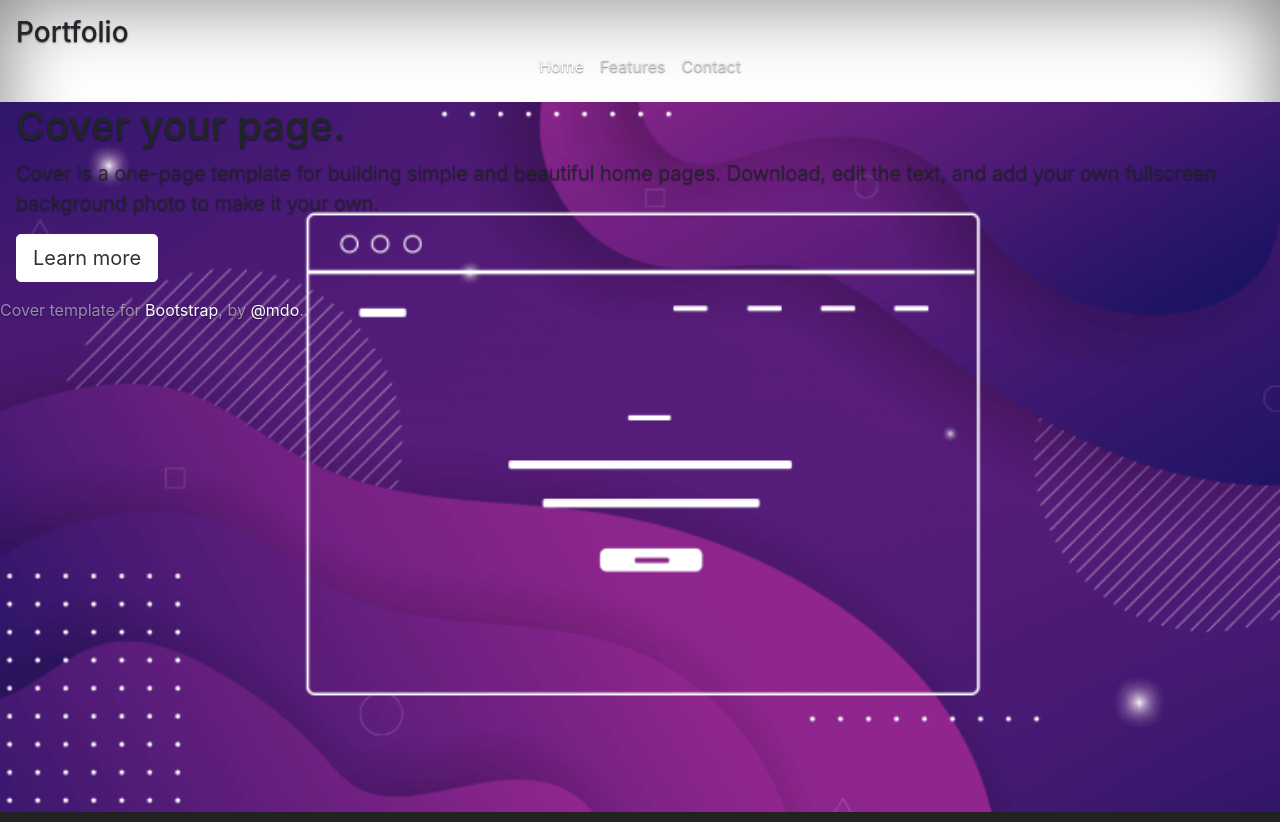
Repository: Shlahla48/zaio-bootstrap-portfolio
Page: index.html
An editor plug-in stored every save of this project. The page is shown before and after the next save, followed by the edit.
The browser window is 1280 px wide. The pictures show the whole page.

Above is the page before, as saved 2022-10-10 14:25:38.

### index.html
<!doctype html>
<html lang="en" class="h-100">
  <head>
    <meta charset="utf-8">
    <meta name="viewport" content="width=device-width, initial-scale=1">
    <meta name="description" content="">
    <meta name="author" content="Mark Otto, Jacob Thornton, and Bootstrap contributors">
    <meta name="generator" content="Hugo 0.104.2">
    <title>Portfolio | Kenalemang Solomon Hlahla</title>

    <link rel="canonical" href="https://getbootstrap.com/docs/5.2/examples/cover/">





    <link rel="stylesheet" href="https://cdn.jsdelivr.net/npm/bootstrap@4.6.2/dist/css/bootstrap.min.css" integrity="sha384-xOolHFLEh07PJGoPkLv1IbcEPTNtaed2xpHsD9ESMhqIYd0nLMwNLD69Npy4HI+N" crossorigin="anonymous">
    <style>
      .bd-placeholder-img {
        font-size: 1.125rem;
        text-anchor: middle;
        -webkit-user-select: none;
        -moz-user-select: none;
        user-select: none;
      }

      @media (min-width: 768px) {
        .bd-placeholder-img-lg {
          font-size: 3.5rem;
        }
      }

      .b-example-divider {
        height: 3rem;
        background-color: rgba(0, 0, 0, .1);
        border: solid rgba(0, 0, 0, .15);
        border-width: 1px 0;
        box-shadow: inset 0 .5em 1.5em rgba(0, 0, 0, .1), inset 0 .125em .5em rgba(0, 0, 0, .15);
      }

      .b-example-vr {
        flex-shrink: 0;
        width: 1.5rem;
        height: 100vh;
      }

      .bi {
        vertical-align: -.125em;
        fill: currentColor;
      }

      .nav-scroller {
        position: relative;
        z-index: 2;
        height: 2.75rem;
        overflow-y: hidden;
      }

      .nav-scroller .nav {
        display: flex;
        flex-wrap: nowrap;
        padding-bottom: 1rem;
        margin-top: -1px;
        overflow-x: auto;
        text-align: center;
        white-space: nowrap;
        -webkit-overflow-scrolling: touch;
      }
    </style>


    <!-- Custom styles for this template -->
    <link href="cover.css" rel="stylesheet">
  </head>
  <body class="">


  <header class="p-3">
    <div>
      <h3 class="float-md-start mb-0">Portfolio</h3>
      <nav class="nav nav-masthead justify-content-center float-md-end">
        <a class="nav-link fw-bold py-1 px-0 active" aria-current="page" href="#">Home</a>
        <a class="nav-link fw-bold py-1 px-0" href="#">Features</a>
        <a class="nav-link fw-bold py-1 px-0" href="#">Contact</a>
      </nav>
    </div>
  </header>
  <div class="banner-wrap vh-100">
  <main class="px-3">
    <h1>Cover your page.</h1>
    <p class="lead">Cover is a one-page template for building simple and beautiful home pages. Download, edit the text, and add your own fullscreen background photo to make it your own.</p>
    <p class="lead">
      <a href="#" class="btn btn-lg btn-secondary fw-bold border-white bg-white">Learn more</a>
    </p>
  </main>

  <footer class="mt-auto text-white-50">
    <p>Cover template for <a href="https://getbootstrap.com/" class="text-white">Bootstrap</a>, by <a href="https://twitter.com/mdo" class="text-white">@mdo</a>.</p>
  </footer>
</div>



  </body>
</html>

### cover.css
/*
 * Globals
 */


/* Custom default button */
.btn-secondary,
.btn-secondary:hover,
.btn-secondary:focus {
  color: #333;
  text-shadow: none; /* Prevent inheritance from `body` */
}


/*
 * Base structure
 */

body {
  text-shadow: 0 .05rem .1rem rgba(0, 0, 0, .5);
  box-shadow: inset 0 0 5rem rgba(0, 0, 0, .5);
}



.cover-container {
  max-width: 42em;
}


/*
 * Header
 */

 .banner-wrap {
  background-image: url(./assets/BG-png.png);
  background-size: cover;
  background-repeat: no-repeat;
  background-position: center;

  border-bottom: 10px solid #222222;
  position: relative;
z-index: 1;
}
.overlay {
 z-index: -1;
  height: 100%;
  width: 100%;
  background: black;
  opacity: 60%;
  position: absolute;
  top: 0;
}

.nav-masthead .nav-link {
  color: rgba(255, 255, 255, .5);
  border-bottom: .25rem solid transparent;
}

.nav-masthead .nav-link:hover,
.nav-masthead .nav-link:focus {
  border-bottom-color: rgba(255, 255, 255, .25);
}

.nav-masthead .nav-link + .nav-link {
  margin-left: 1rem;
}

.nav-masthead .active {
  color: #fff;
  border-bottom-color: #fff;
}

After the next save:
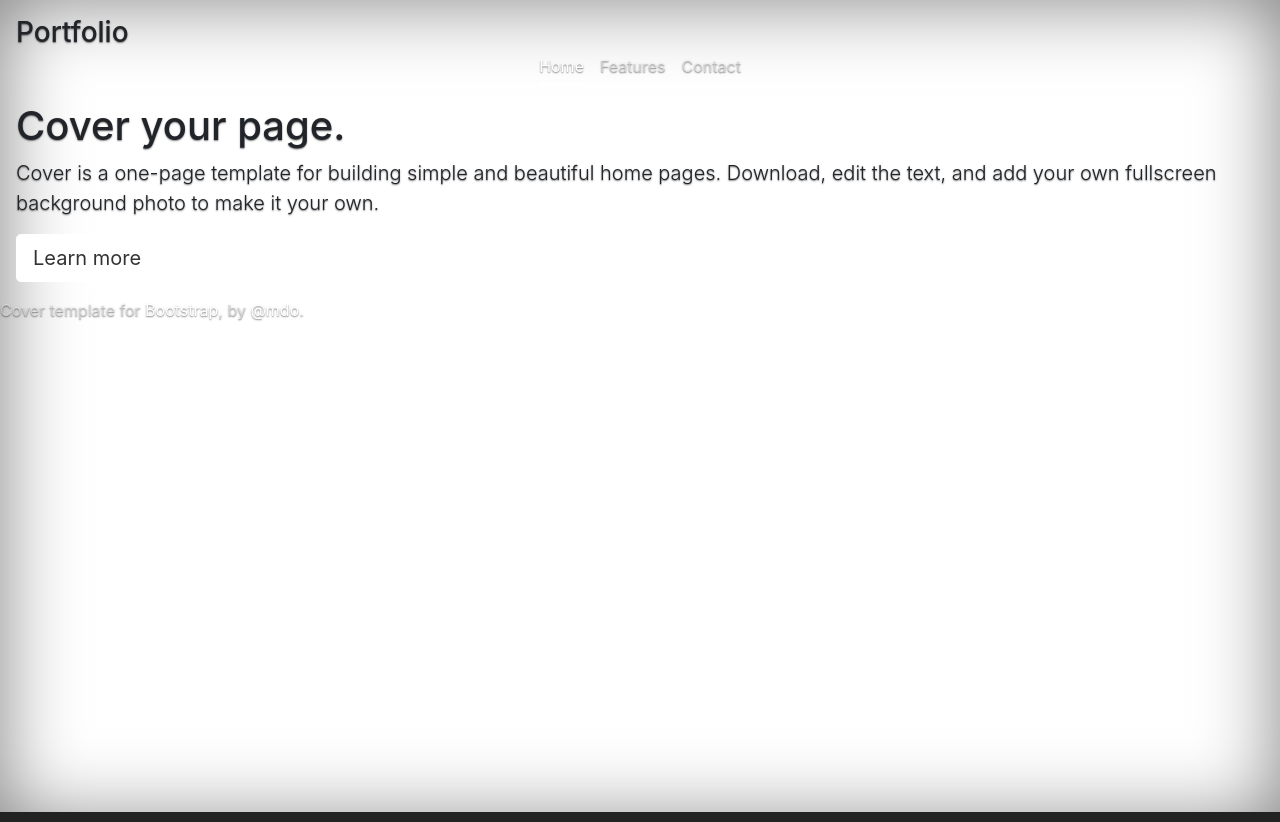
Saved 2 min 45 s later.
--- a/cover.css
+++ b/cover.css
@@ -33,7 +33,7 @@ body {
  */
 
  .banner-wrap {
-  background-image: url(./assets/BG-png.png);
+  background-image: url();
   background-size: cover;
   background-repeat: no-repeat;
   background-position: center;
